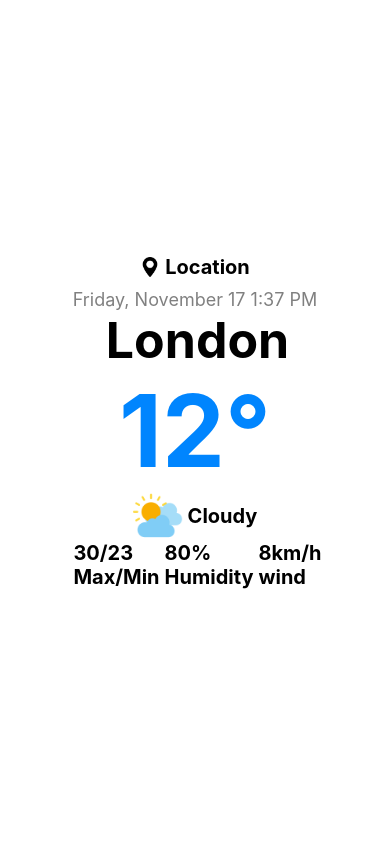
Repository: praveen080/react-native-weatherAppV1
Screen: /
An editor plug-in stored every save of this project. The screen is shown before and after the next save, followed by the edit.
The app was drawn by React Native's web renderer in a window 390 px wide. The project was rebuilt for these pictures with package versions that can differ from the ones it lists, and the page was loaded fresh each time. Also part of the build but not shown: Screens/startUp.js.

Above is the screen before, as saved 2023-11-17 13:53:41.

### App.js
import { StatusBar } from "expo-status-bar";
import { StyleSheet, Text, View } from "react-native";
import StartPage from "./Screens/startUp";
import Home from "./Screens/Home";

export default function App() {
  return (
    <View style={styles.container}>
      {/* <StartPage /> */}
      <Home />
    </View>
  );
}

const styles = StyleSheet.create({
  container: {
    flex: 1,
    backgroundColor: "#ff f",
    alignItems: "center",
    justifyContent: "center",
  },
});

### Screens/Home.js
import React from "react";
import { View, Text, Image, TouchableOpacity, StyleSheet } from "react-native";

const Home = () => {
  const currentDate = new Date();

  // Format the date and time
  const formattedDate = currentDate.toLocaleDateString("en-US", {
    weekday: "long",
    day: "numeric",
    month: "long",
  });

  const formattedTime = currentDate.toLocaleTimeString("en-US", {
    hour: "numeric",
    minute: "numeric",
    hour12: true,
  });
  return (
    <View style={styles.container}>
      {/* Location Text with Icon */}
      <TouchableOpacity style={styles.locationContainer}>
        <Image source={require("./assets/location.png")} style={styles.icon} />
        <Text style={styles.locationText}>Location</Text>
      </TouchableOpacity>

      {/* Current Time and Date */}
      <Text style={styles.dateTimeText}>
        {formattedDate} {formattedTime}
      </Text>
      <Text style={styles.location}>London</Text>

      {/* Numbers */}
      <View style={styles.numbersContainer}>
        <Text style={styles.number}>12°</Text>
      </View>

      <View style={styles.locationContainer}>
        <Image
          source={require("./assets/cloudy-day.png")}
          style={styles.iconS}
        />
        <Text style={styles.locationText}>Cloudy</Text>
      </View>
      <View style={styles.locationContainer1}>
        <View>
          <Text style={styles.locationText}>30/23</Text>
          <Text style={styles.locationText}>Max/Min</Text>
        </View>
        <View>
          <Text style={styles.locationText}>80%</Text>
          <Text style={styles.locationText}>Humidity</Text>
        </View>
        <View>
          <Text style={styles.locationText}>8km/h</Text>
          <Text style={styles.locationText}>wind</Text>
        </View>
      </View>
    </View>
  );
};

export default Home;

export const styles = StyleSheet.create({
  container: {
    flex: 1,
    alignItems: "center",
    justifyContent: "center",
  },
  locationContainer: {
    flexDirection: "row",
    alignItems: "center",
  },
  locationContainer1: {
    flexDirection: "row",
    alignItems: "center",
  },
  locationText: {
    fontSize: 20,
    marginLeft: 5,
    fontWeight: "bold",
  },
  location: {
    fontSize: 50,
    marginLeft: 5,
    fontWeight: "bold",
  },
  icon: {
    width: 20,
    height: 20,
  },
  iconS: {
    width: 50,
    height: 50,
  },
  dateTimeText: {
    fontSize: 18,
    marginTop: 10,
    color: "grey",
  },
  numbersContainer: {
    flexDirection: "row",
    alignItems: "center",
    // marginTop: 20,
  },
  number: {
    fontSize: 100,
    // marginRight: 10,
    fontWeight: "bold",
    color: "#0085FE",
  },
  logo: {
    width: 100,
    height: 100,
    marginTop: 20,
  },
  card: {
    width: 350,
    height: 100,
    borderRadius: 10,
    backgroundColor: "lightblue",
    marginTop: 20,
  },
});

// // Weather.js

// import React, { useState } from "react";
// import { View, Text, TextInput, Button, StyleSheet } from "react-native";
// import axios from "axios";

// const Home = () => {
//   const [city, setCity] = useState("");
//   const [weatherData, setWeatherData] = useState(null);
//   const [error, setError] = useState("");

//   const apiKey = "2891236865fb81dd11cf0be56216e1cb";

//   const fetchWeatherData = async () => {
//     try {
//       const response = await axios.get(
//         `https://api.openweathermap.org/data/2.5/weather?q=${city}&appid=${apiKey}&units=metric`
//       );
//       setWeatherData(response.data);
//       setError("");
//     } catch (error) {
//       setWeatherData(null);
//       setError("City not found. Please try again.");
//     }
//   };

//   return (
//     <View style={styles.container}>
//       <Text style={styles.title}>Weather App</Text>
//       <TextInput
//         style={styles.input}
//         placeholder="Enter city"
//         value={city}
//         onChangeText={(text) => setCity(text)}
//       />
//       <Button title="Get Weather" onPress={fetchWeatherData} />
//       {weatherData && (
//         <View>
//           <Text>{`City: ${weatherData.name}`}</Text>
//           <Text>{`Temperature: ${weatherData.main.temp}°C`}</Text>
//           {/* Add more weather details as needed */}
//         </View>
//       )}
//       {error !== "" && <Text style={styles.error}>{error}</Text>}
//     </View>
//   );
// };

// const styles = StyleSheet.create({
//   container: {
//     flex: 1,
//     justifyContent: "center",
//     alignItems: "center",
//   },
//   title: {
//     fontSize: 20,
//     fontWeight: "bold",
//     marginBottom: 10,
//   },
//   input: {
//     height: 40,
//     borderColor: "gray",
//     borderWidth: 1,
//     marginBottom: 10,
//     padding: 10,
//     width: 200,
//   },
//   error: {
//     color: "red",
//     marginTop: 10,
//   },
// });

// export default Home;

After the next save:
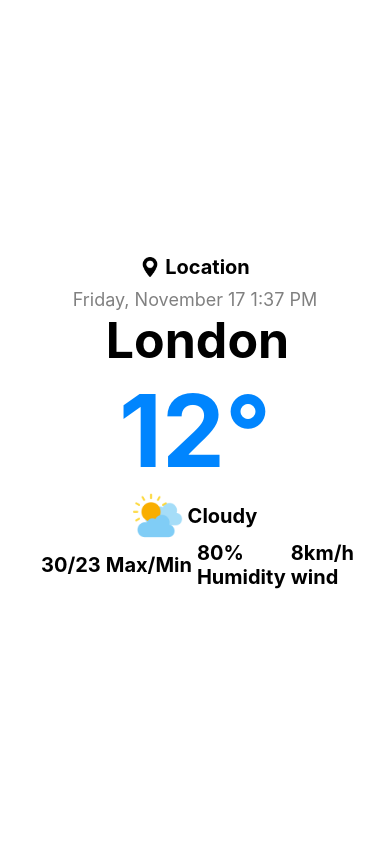
Saved 20 s later.
--- a/Screens/Home.js
+++ b/Screens/Home.js
@@ -43,7 +43,7 @@ const Home = () => {
         <Text style={styles.locationText}>Cloudy</Text>
       </View>
       <View style={styles.locationContainer1}>
-        <View>
+        <View style={styles.locationContainer1}>
           <Text style={styles.locationText}>30/23</Text>
           <Text style={styles.locationText}>Max/Min</Text>
         </View>
